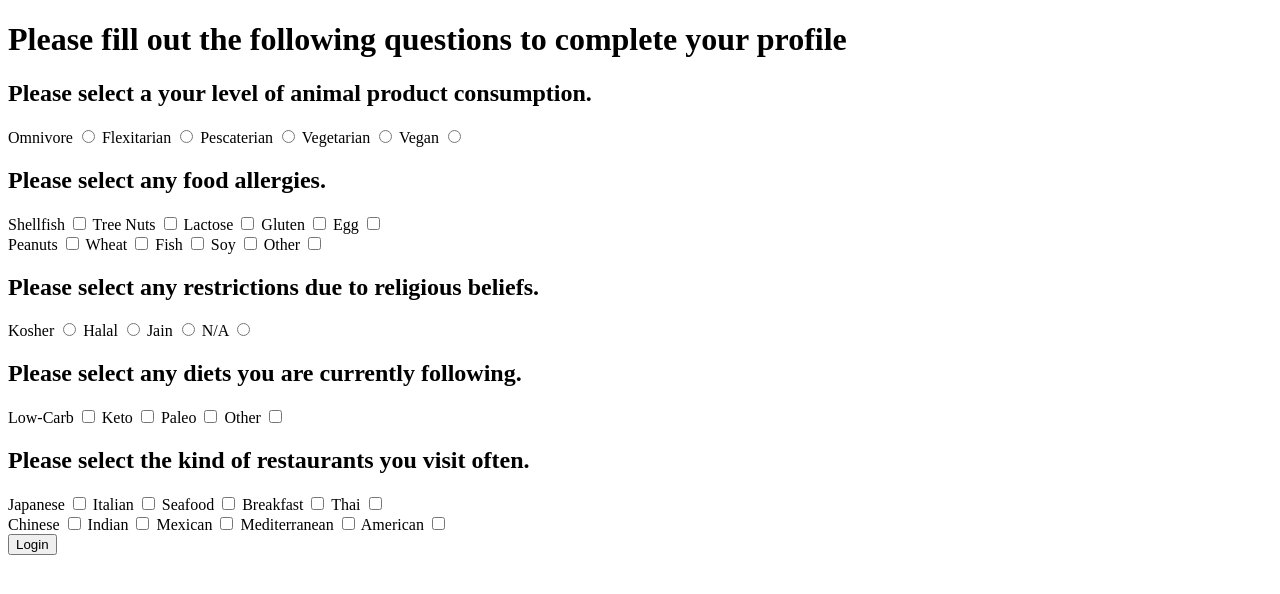
Repository: DataLuminescence/Documents
Page: http://localhost/choix/WEB-INF/userinfo.jsp
The author's editor kept a copy of each file at every save. The page is drawn from the files as they stood at one save, then again after the next save.
The browser window is 1280 px wide. The pictures show the whole page.
The page is served by Tomcat 9. Nobody is signed in. The template is opened directly, without the code that normally fills it, so the values that code supplies are empty.

Above is the page before, as saved 2022-04-29 03:28:06.

After the next save:
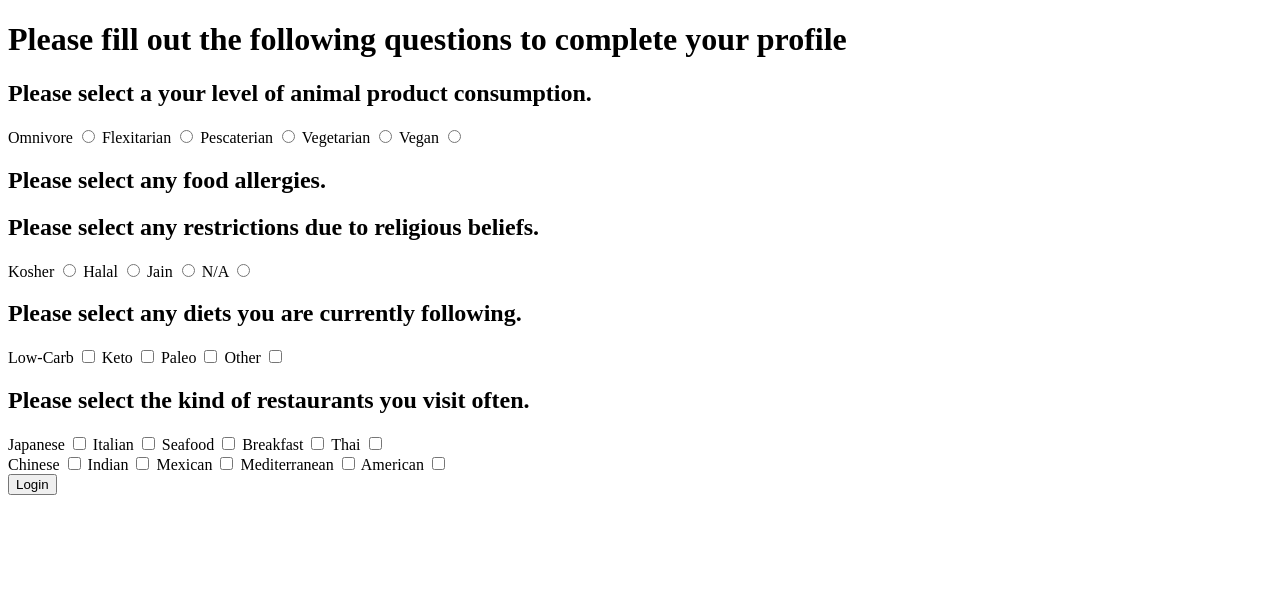
Saved 108 s later.
--- a/Java/Java Spring/choix/src/main/webapp/WEB-INF/userinfo.jsp
+++ b/Java/Java Spring/choix/src/main/webapp/WEB-INF/userinfo.jsp
@@ -36,7 +36,7 @@
 		<div>
 			<form:checkboxes items = "${allergiesList}" path="allergies"/>
 		</div>
-
+		<%--
 		<div>
 			<form:label path="allergies">Shellfish</form:label>
 			<form:checkbox path="allergies" value="Shellfish"/>
@@ -68,7 +68,7 @@
 
 			<form:label path="allergies">Other</form:label>
 			<form:checkbox path="allergies" value="Other"/>
-		</div>
+		</div> --%>
 
 		<h2>Please select any restrictions due to religious beliefs.</h2>
 		<div>
